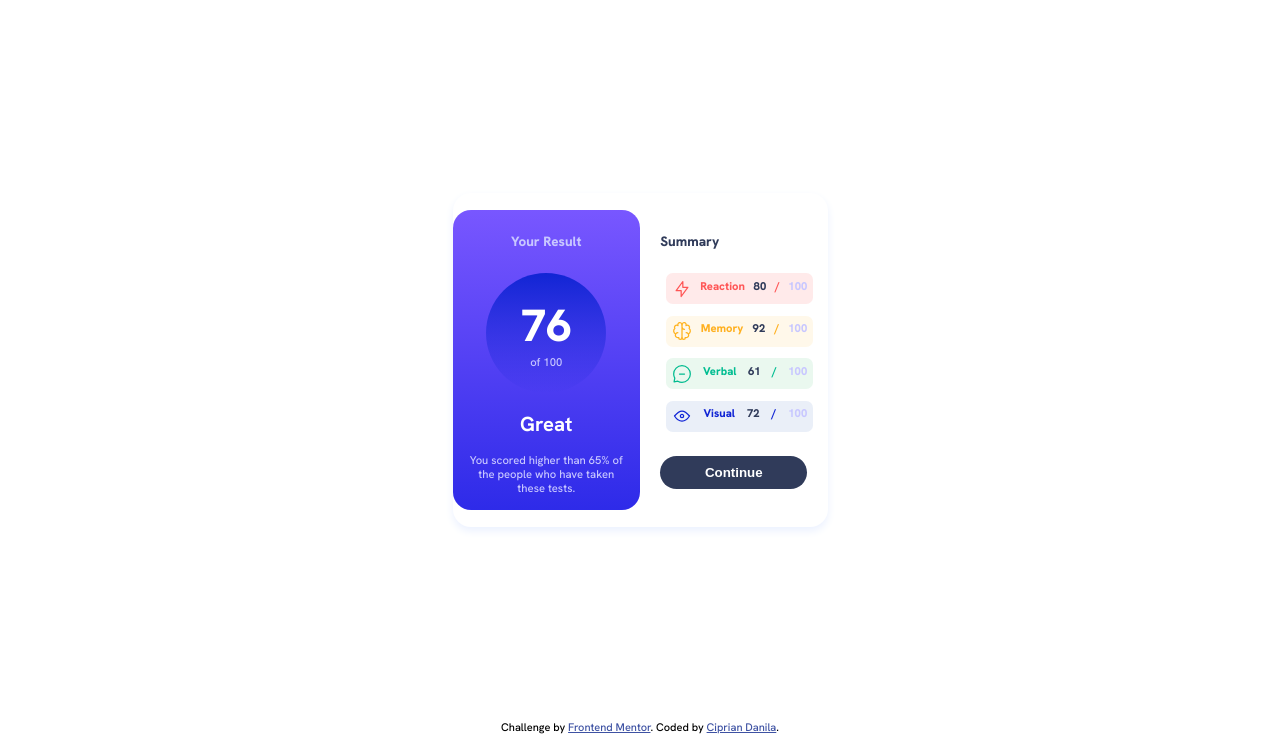
Repository: cipdanila/results-summary-component
Page: index.html
An editor plug-in stored every save of this project. The page is shown before and after the next save, followed by the edit.
The browser window is 1280 px wide. The pictures show the whole page.

Above is the page before, as saved 2024-02-02 20:29:27.

After the next save:
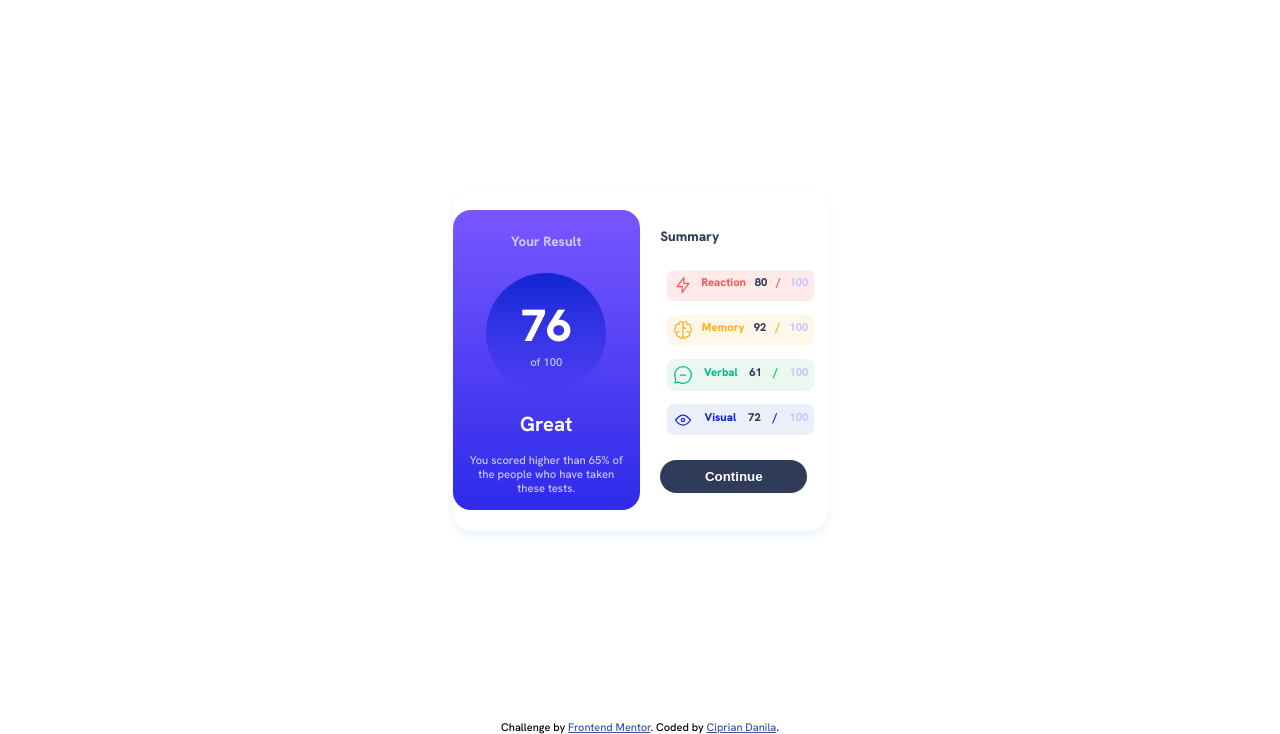
Saved 23 s later.
--- a/styles.css
+++ b/styles.css
@@ -123,7 +123,7 @@
 .summary div {
     width: 100%;
     padding: 0.313rem;
-    margin: 0.313rem;
+    margin: 0.375rem;
     font-size: 0.625rem;
     display: flex;
     justify-content: space-between;

After the save that followed:
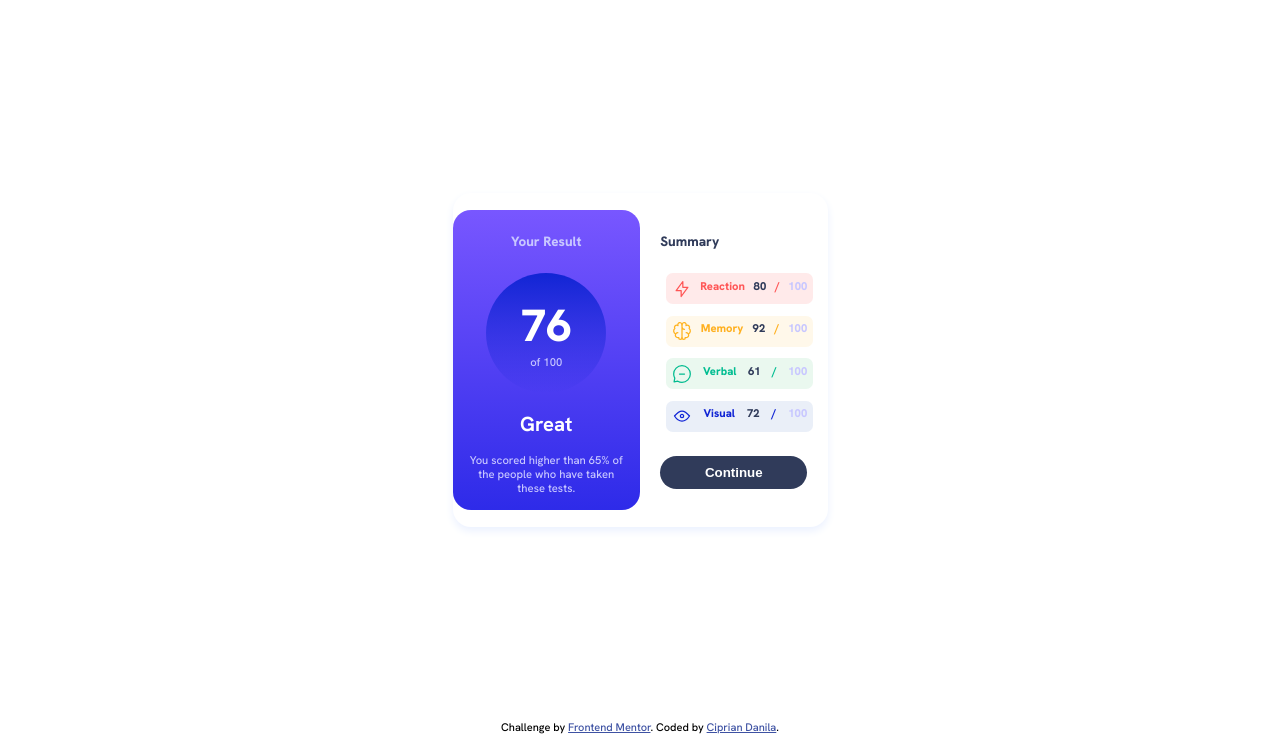
Saved 12 s later.
--- a/styles.css
+++ b/styles.css
@@ -123,7 +123,7 @@
 .summary div {
     width: 100%;
     padding: 0.313rem;
-    margin: 0.375rem;
+    margin: 0.313rem;
     font-size: 0.625rem;
     display: flex;
     justify-content: space-between;
